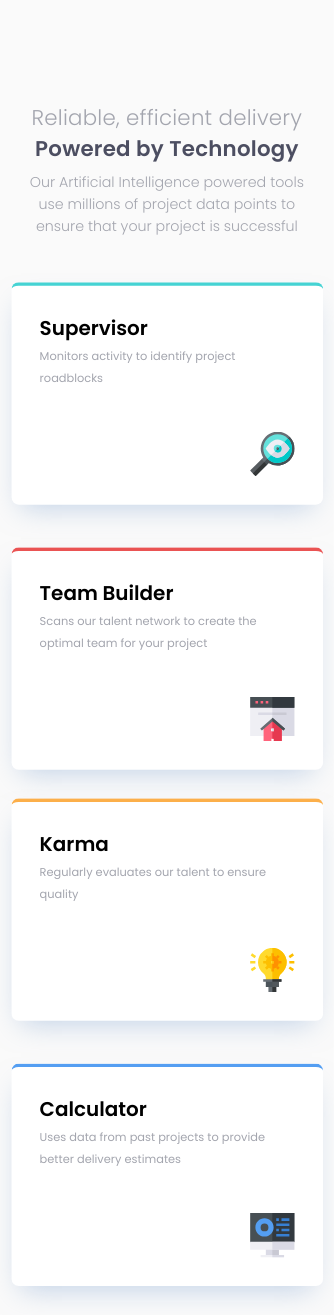
Repository: brandontaylor1/four-card-feature
Page: index.html
An editor plug-in stored every save of this project. The page is shown before and after the next save, followed by the edit.
The browser window is 375 px wide. The pictures show the whole page, at 89% of full size.

Above is the page before, as saved 2025-01-10 20:48:11.

### index.html
<!DOCTYPE html>
<html lang="en">
<head>
    <meta charset="UTF-8">
    <meta name="viewport" content="width=device-width, initial-scale=1.0">
    <link rel="preconnect" href="https://fonts.googleapis.com">
    <link rel="preconnect" href="https://fonts.gstatic.com" crossorigin>
    <link href="https://fonts.googleapis.com/css2?family=Poppins:ital,wght@0,100;0,200;0,300;0,400;0,500;0,600;0,700;0,800;0,900;1,100;1,200;1,300;1,400;1,500;1,600;1,700;1,800;1,900&display=swap" rel="stylesheet">
    <link rel="stylesheet" href="styles.css">
    <title>Four Card Feature</title>
</head>
<body>
    <main class="container">
        <div class="page-content">
            <h1>Reliable, efficient delivery</h1>
            <h2>Powered by Technology</h2>
            <p>Our Artificial Intelligence powered tools use millions of project data points to ensure that your project is successful</p>
        </div>
        <div class="column-container">
            <div class="card-column">
                <div class="card" id="green-card">
                    <h3>Supervisor</h3>
                    <p>Monitors activity to identify project roadblocks</p>
                    <img src="./assets/images/icon-supervisor.svg" alt="Supervisor Icon">
                </div>
            </div>

            <div class="card-column">
                <div class="card" id="red-card">
                    <h3>Team Builder</h3>
                    <p>Scans our talent network to create the optimal team for your project</p>
                    <img src="./assets/images/icon-team-builder.svg" alt="Supervisor Icon">
                </div>
                <div class="card" id="orange-card">
                    <h3>Karma</h3>
                    <p>Regularly evaluates our talent to ensure quality</p>
                    <img src="./assets/images/icon-karma.svg" alt="Supervisor Icon">
                </div>
            </div>

            <div class="card-column">
                <div class="card" id="blue-card">
                    <h3>Calculator</h3>
                    <p>Uses data from past projects to provide better delivery estimates</p>
                    <img src="./assets/images/icon-calculator.svg" alt="Supervisor Icon">
                </div>
            </div>
        </div>
    </main>

</body>
</html>

### styles.css
* {
    margin: 0;
    padding: 0;
    box-sizing: border-box;
}

:root {
    --primary-red: hsl(0, 78%, 62%);
    --primary-cyan: hsl(180, 62%, 55%);
    --primary-orange: hsl(34, 97%, 64%);
    --primary-blue: hsl(212, 86%, 64%);

    --secondary-dark-blue: hsl(234, 12%, 34%);
    --secondary-grayish-blue: hsl(229, 6%, 66%);
    --secondary-light-gray: hsl(0, 0%, 98%);
}

.container {
    height: 100vh;
    display: flex;
    align-items: center;
    justify-content: center;
    flex-direction: column;
    background-color: #FAFAFA;
}

.page-content {
    display: flex;
    flex-direction: column;
    align-items: center;
    justify-content: space-between;
    height: 9.375rem;
    max-width: 540px;
    margin-bottom: 50px;
}

.page-content h1 {
    font-size: 2.5rem;
    font-family: "Poppins", sans-serif;
    font-weight: 200;
    line-height: 54px;
    letter-spacing: .25px;
    color: var(--secondary-grayish-blue);
}

.page-content h2 {
    font-size: 2.5rem;
    font-family: "Poppins", sans-serif;
    font-weight: 700;
    line-height: 54px;
    letter-spacing: .25px;
    color: var(--secondary-dark-blue);
    margin-bottom: 13px;
}

.page-content p {
    font-size: 1rem;
    font-family: "Poppins", sans-serif;
    font-weight: 400;
    line-height: 25px;
    text-align: center;
    color: var(--secondary-grayish-blue);

}

.column-container {
    display: grid;
    justify-content: center;
    align-items: center;
    grid-template-columns: repeat(3, 1fr);
    grid-template-rows: repeat(2, auto);
    gap: 3rem;
}

.card:nth-child(2) {
    margin-top: 2rem;
}

.card {
    width: 350px;
    height: 250px;
    border-radius: 0.5rem;
    padding: 2rem;
    position: relative;
    background: #FFF;
    box-shadow: 0px 15px 30px -11px rgba(131, 166, 210, 0.50);
}

.card h3 {
    font-size: 1.4rem;
    font-family: "Poppins", sans-serif;
    font-weight: 600;
    line-height: 30px;
    margin-bottom: 4px;
}

.card p {
    font-size: .8rem;
    font-family: "Poppins", sans-serif;
    font-weight: 400;
    line-height: 25px;
    font-family: "Poppins", sans-serif;
    color: var(--secondary-grayish-blue);
}

.card img {
    width: 50px;
    height: 50px;
    position: absolute;
    bottom: 2rem;
    right: 2rem;
}

#green-card {
    border-top: 4px solid var(--primary-cyan);
}

#red-card {
    border-top: 4px solid var(--primary-red);
}

#orange-card {
    border-top: 4px solid var(--primary-orange);
}

#blue-card {
    border-top: 4px solid var(--primary-blue);
}

@media (max-width: 400px) {
    .container {
        height: auto;
        padding: 2rem;
    }

    .page-content {
        margin-top: 85px;
        width: 311px;
    }

    .page-content h1 {
        font-size: 1.5rem;
        line-height: 30px;
        margin-bottom: 5px;
        font-weight: 300;
    }

    .page-content h2 {
        font-size: 1.5rem;
        line-height: 30px;
        margin-bottom: 10px;
        font-weight: 600;
    }

    .page-content p {
        font-size: 1rem;
        line-height: 25px;
        font-weight: 300;
    }

    .column-container {
        grid-template-columns: repeat(2, 1fr);
    }

}


@media (max-width: 1110px) {
    .container {
        height: auto;
        padding: 2rem;
    }

    .page-content {
        margin-top: 85px;
        width: 311px;
    }

    .page-content h1 {
        font-size: 1.5rem;
        line-height: 30px;
        margin-bottom: 5px;
        font-weight: 300;
    }

    .page-content h2 {
        font-size: 1.5rem;
        line-height: 30px;
        margin-bottom: 10px;
        font-weight: 600;
    }

    .page-content p {
        font-size: 1rem;
        line-height: 25px;
        font-weight: 300;
    }

    /* .card {
        width: 311px;
    } */

    .column-container {
        grid-template-columns: 1fr;
    }
}

After the next save:
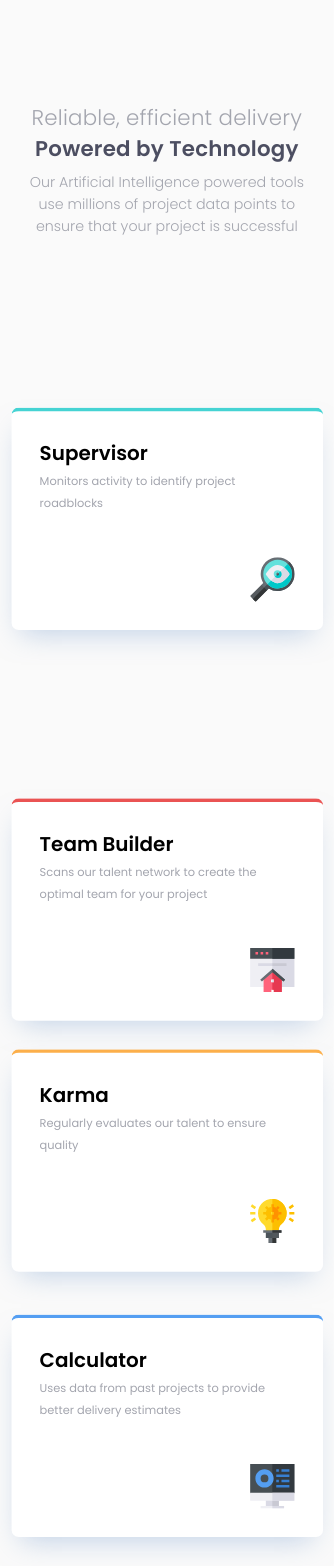
Saved 43 s later.
--- a/styles.css
+++ b/styles.css
@@ -133,33 +133,9 @@
         padding: 2rem;
     }
 
-    .page-content {
-        margin-top: 85px;
-        width: 311px;
-    }
-
-    .page-content h1 {
-        font-size: 1.5rem;
-        line-height: 30px;
-        margin-bottom: 5px;
-        font-weight: 300;
-    }
-
-    .page-content h2 {
-        font-size: 1.5rem;
-        line-height: 30px;
-        margin-bottom: 10px;
-        font-weight: 600;
-    }
-
-    .page-content p {
-        font-size: 1rem;
-        line-height: 25px;
-        font-weight: 300;
-    }
-
     .column-container {
         grid-template-columns: repeat(2, 1fr);
+        grid-template-rows: repeat(2, 1fr);
     }
 
 }

After the 3 saves that followed:
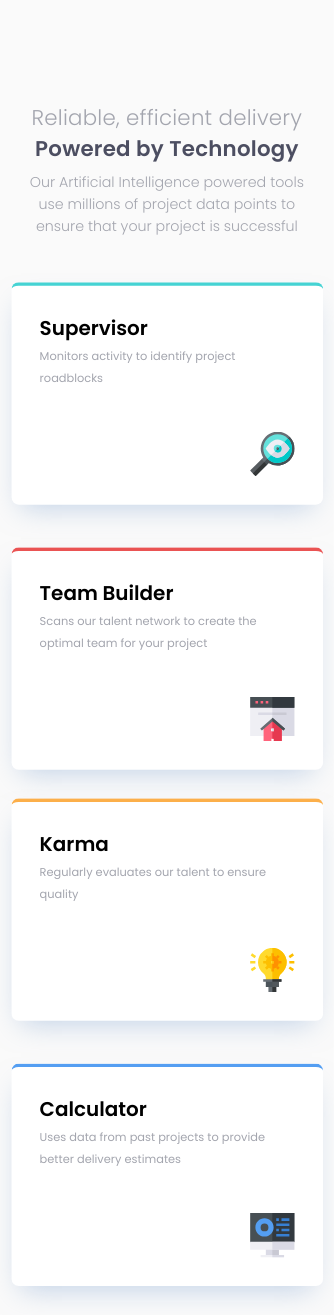
The 3 saves are shown as one change because 2 left the picture as it was.
The last was saved 3 min 9 s later.
--- a/styles.css
+++ b/styles.css
@@ -127,19 +127,6 @@
     border-top: 4px solid var(--primary-blue);
 }
 
-@media (max-width: 400px) {
-    .container {
-        height: auto;
-        padding: 2rem;
-    }
-
-    .column-container {
-        grid-template-columns: repeat(2, 1fr);
-        grid-template-rows: repeat(2, 1fr);
-    }
-
-}
-
 
 @media (max-width: 1110px) {
     .container {
@@ -172,10 +159,6 @@
         font-weight: 300;
     }
 
-    /* .card {
-        width: 311px;
-    } */
-
     .column-container {
         grid-template-columns: 1fr;
     }
